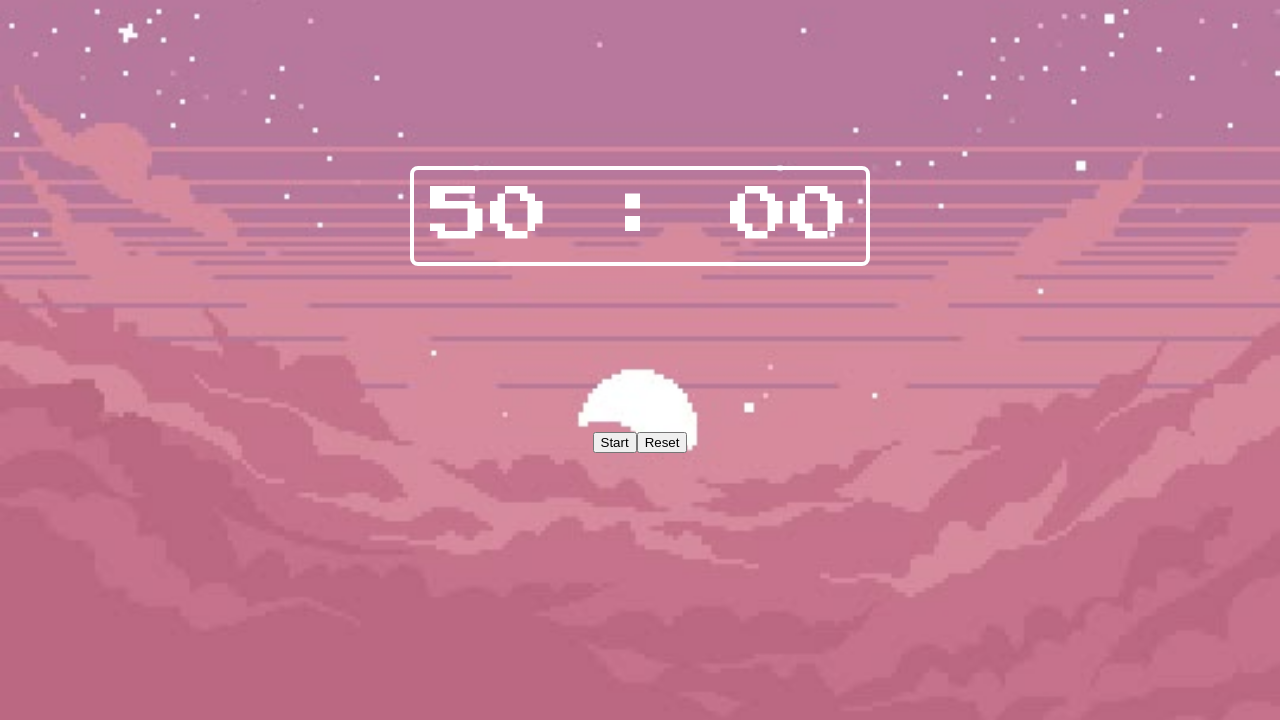
Repository: niharikapatil2306/Study-Timer
Page: index.html
An editor plug-in stored every save of this project. The page is shown before and after the next save, followed by the edit.
The browser window is 1280 px wide. The pictures show the whole page.

Above is the page before, as saved 2025-02-15 15:40:18.

### index.html
<!DOCTYPE html>
<html lang="en">
<head>
    <meta charset="UTF-8">
    <meta name="viewport" content="width=device-width, initial-scale=1.0">
    <title>Study Timer</title>
    <link href="https://fonts.googleapis.com/css2?family=Press+Start+2P&display=swap" rel="stylesheet">
    <link rel="stylesheet" href="style.css" />
</head>
<body style="background-color: black;">
    <div class="container">
        <div class="timer">
            <div class="box">
                <span id="min">
                    50
                </span>
                :
                <span id="sec">
                    00
                </span>
            </div>
        </div>
        <div class="button_container">
            <button id="start">
                Start
            </button>
            <button id="reset">
                Reset
            </button>
        </div>
    </div>
    <script src="./clock.js"></script>
</body>
</html>

### style.css
body {
    margin: 0;
    padding: 0;
    background: url("./img/bg.jpeg") no-repeat center center fixed;
    background-size: cover;
}

.container{
    height: 100vh;
}

.box{
    border: 4px solid white;
    border-radius: 8px;
    padding: 16px;
    box-shadow:
}

.timer{
    font-family: 'Press Start 2P', monospace;
    height: 60vh;
    font-size: 60px;
    font-weight: 400;
    color: white;
    display: flex;
    align-items: center;
    justify-content: center;
}

.button_container{
    display: flex;
    align-items: center;
    justify-content: center;
}

/* .timer {

    font-size: 50px;
    color: ivory;
    text-rendering: optimizeSpeed;
}

.box{
    width: max-content ;
    border: 1px solid white;
}

span{
    padding: 4px;
    margin: 8px;
}

.container{
    text-align: center;
    width: 100vw;
    height: 100vh;
    display: flex;
    position: relative; */
    /* flex-direction: column;
    justify-content: center;

} */

### clock.js
let timer;
let timeLeft = 50*60 // 50 minutes
const min = document.getElementById("min");
const sec = document.getElementById("sec");
const startBtn = document.getElementById("start");
const resetBtn = document.getElementById("reset");

function updateDisplay(){
    let minutes = Math.floor(timeLeft/60);
    let seconds = timeLeft%60;
    min.textContent = minutes.toString().padStart(2, "0");
    sec.textContent = seconds.toString().padStart(2, "0");
}

startBtn.addEventListener("click", () => {
    if(!timer){
        timer = setInterval(() => {
            if(timeLeft>0){
                timeLeft--;
                updateDisplay();
            }
            else{
                clearInterval(timer);
                timer = null;
                alert("Take a break!!")
            }
        }, 1000);
    }
});

resetBtn.addEventListener("click", () => {
    clearInterval(timer);
    timer = null;
    timeLeft = 50*60;
    updateDisplay();
});

After the next save:
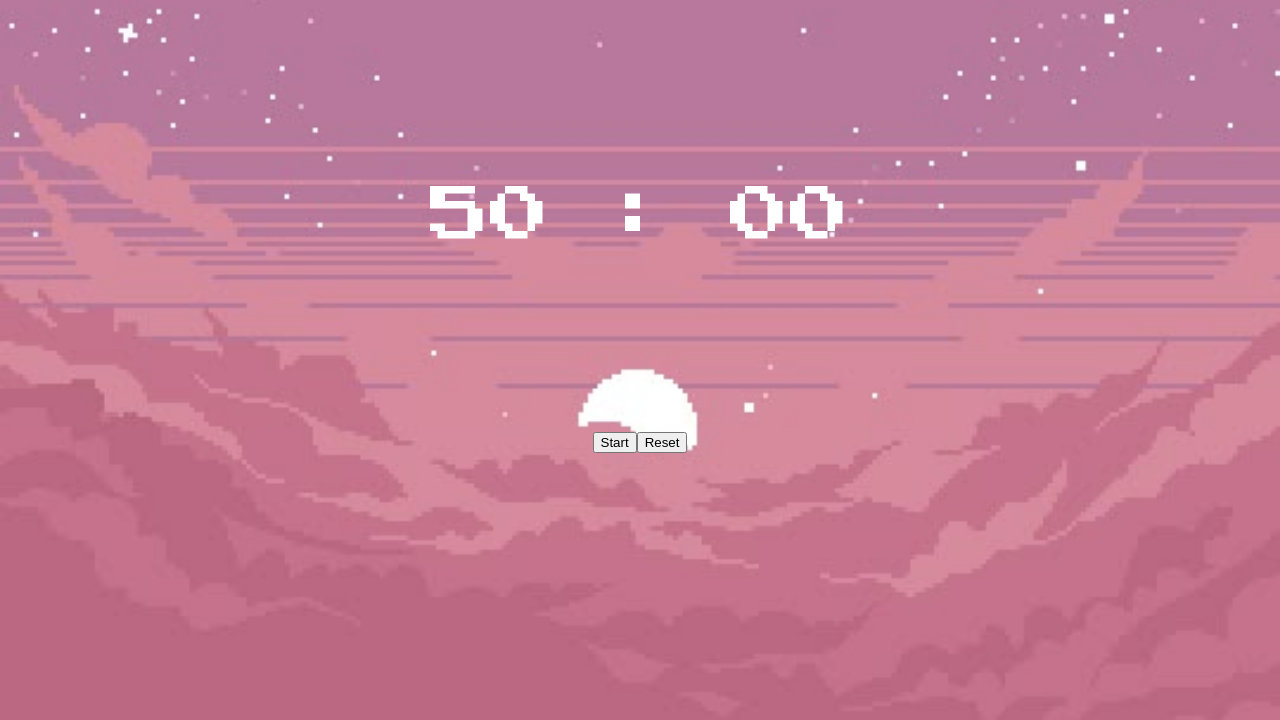
Saved 71 min 25 s later.
--- a/style.css
+++ b/style.css
@@ -10,10 +10,8 @@ body {
 }
 
 .box{
-    border: 4px solid white;
-    border-radius: 8px;
-    padding: 16px;
-    box-shadow:
+    border-image: url(./img/border.png);
+
 }
 
 .timer{
